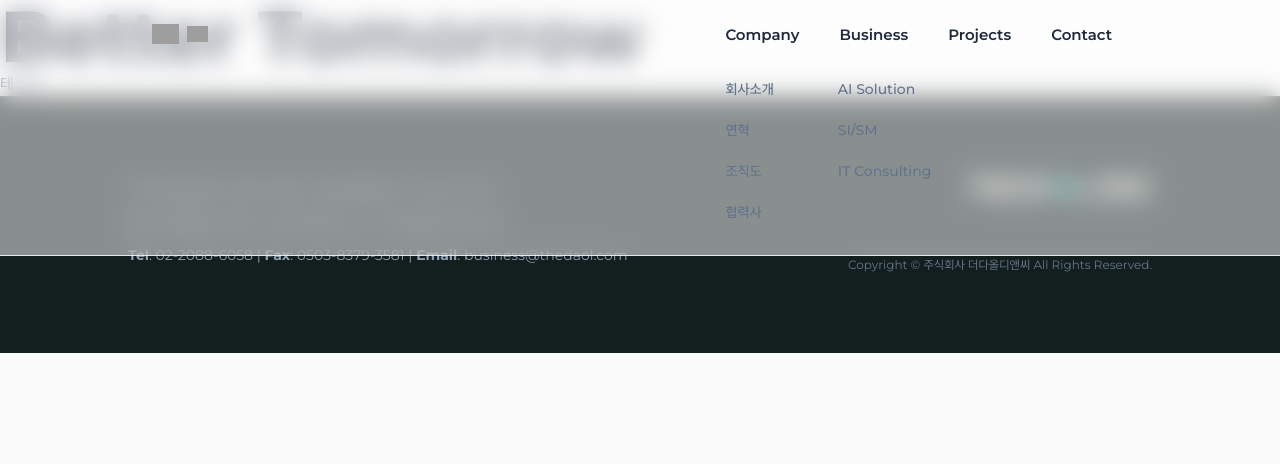
Repository: jadugamja/thedaol
Page: /
An editor plug-in stored every save of this project. The page is shown before and after the next save, followed by the edit.
The browser window is 1280 px wide. The pictures show the whole page.
Pictures or frames that could not be fetched are drawn as grey boxes. The project was rebuilt for these pictures with package versions that can differ from the ones it lists, and the page was loaded fresh each time. The framework's server and built-in components were replaced by stand-ins that run in the browser. Also part of the build but not shown: next.config.ts.

Above is the page before, as saved 2026-01-11 18:13:44.

After the next save:
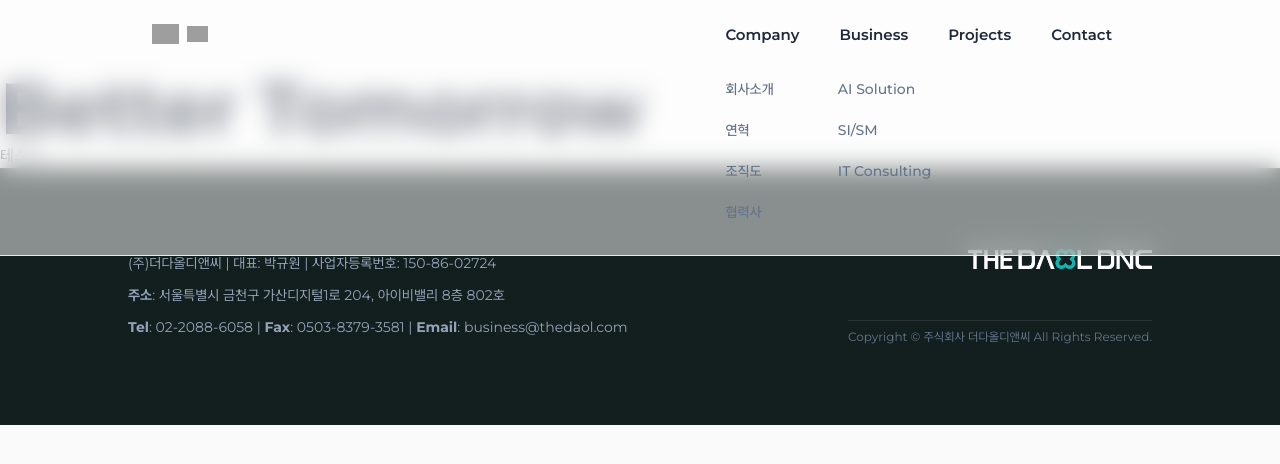
Saved 2 min 26 s later.
--- a/app/layout.tsx
+++ b/app/layout.tsx
@@ -35,7 +35,7 @@
       >
         <div className="relative min-h-screen flex flex-col">
           <Header />
-          <main className="flex-grow">
+          <main className="flex-grow pt-[4.5rem]">
             {children}
             <Footer />
           </main>
